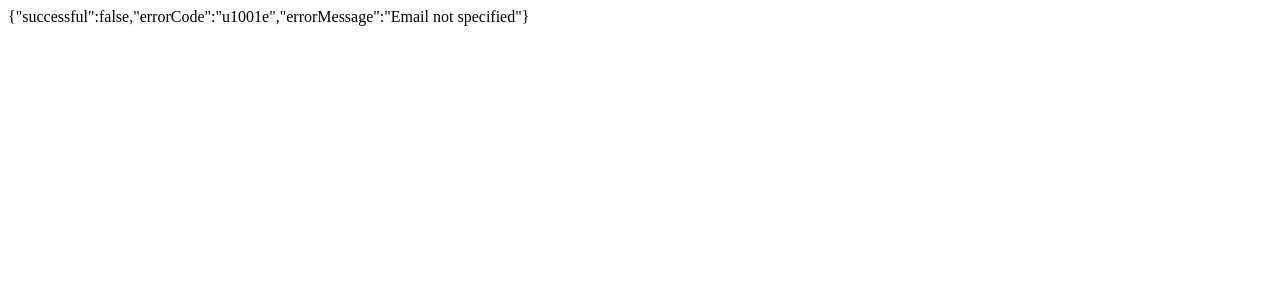
Repository: mihaisitaru/bazar
Page: http://localhost/php/work3/api/user/newsletterRegister.php
The author's editor kept a record of every edit. The page is drawn from the files as they stood at one moment, then again after the next edit.
The browser window is 1280 px wide. The pictures show the whole page.
The page is run by PHP 8.4 with error messages shown; the project is at /var/www/html/.

Above is the page before.

### php/work3/api/user/newsletterRegister.php
<html>
    <head>
        <title>Registered</title>
    </head>
    <body>
    </body>
</html>

<?php

require_once(__DIR__.'/../../config/general.php');
require_once(__DIR__.'/../../'._LIB_FOLDER.'/userLib.php');
require_once(__DIR__.'/../../'._LIB_FOLDER.'/outputHelper.php');


/*returnHeader();*/


if(empty($_POST['email'])) {
    return throwJSONError(_ERROR_EMAIL_NOT_SPECIFIED_CODE, _ERROR_EMAIL_NOT_SPECIFIED_MSG);
}

$userCode = $row['id'];

if(newsletterRegister($_POST['email'] === true)) {
    echoJSONOutput($_SESSION['email']);
}
else {
    throwJSONError(_ERROR_EMAIL_NOT_CORRECT_CODE, _ERROR_EMAIL_NOT_CORRECT_MSG);
}

### php/work3/config/general.php
<?php
session_start();
require_once(__DIR__.'/constants.php');
?>

<?php
require_once(__DIR__.'/../'._LIB_FOLDER.'/databaseHelper.php');
databaseConnect();

### php/work3/config/constants.php
<?php
/*
*                                         $$\                          $$\                             $$\
*                                          $$ |                         $$ |                            $$ |
* $$$$$$$\  $$$$$$\  $$$$$$$\   $$$$$$$\ $$$$$$\    $$$$$$\  $$$$$$$\ $$$$$$\    $$$$$$$\      $$$$$$\  $$$$$$$\   $$$$$$\
*$$  _____|$$  __$$\ $$  __$$\ $$  _____|\_$$  _|   \____$$\ $$  __$$\\_$$  _|  $$  _____|    $$  __$$\ $$  __$$\ $$  __$$\
*$$ /      $$ /  $$ |$$ |  $$ |\$$$$$$\    $$ |     $$$$$$$ |$$ |  $$ | $$ |    \$$$$$$\      $$ /  $$ |$$ |  $$ |$$ /  $$ |
*$$ |      $$ |  $$ |$$ |  $$ | \____$$\   $$ |$$\ $$  __$$ |$$ |  $$ | $$ |$$\  \____$$\     $$ |  $$ |$$ |  $$ |$$ |  $$ |
*\$$$$$$$\ \$$$$$$  |$$ |  $$ |$$$$$$$  |  \$$$$  |\$$$$$$$ |$$ |  $$ | \$$$$  |$$$$$$$  |$$\ $$$$$$$  |$$ |  $$ |$$$$$$$  |
* \_______| \______/ \__|  \__|\_______/    \____/  \_______|\__|  \__|  \____/ \_______/ \__|$$  ____/ \__|  \__|$$  ____/
*                                                                                            $$ |                $$ |
*                                                                                             $$ |                $$ |
*                                                                                             \__|                \__|
*/
 //constants for navigating folders
 define("_LIB_FOLDER", "lib");
 define("_API_FOLDER", "api");
 //db details
 define("_DB_HOST", "127.0.0.1");
 define("_DB_USER", "mihaisitaru");
 define("_DB_PASSWORD", "");
 define("_DB_NAME", "bazar_shop_online");
 define("_DB_PORT", "3306");
 //constants for errors
 /**************************************************************************************************************************/
 #connection
 define("_ERROR_DB_CONNECTION_CODE", "db1000");
 define("_ERROR_DB_CONNECTION_MSG", "Can't connect to the specified Database with the specified IP.");
 #user
 define("_ERROR_EMAIL_OR_PASSWORD_NOT_SPECIFIED_CODE", "u1001");
 define("_ERROR_EMAIL_OR_PASSWORD_NOT_SPECIFIED_MSG", "Email or password not specified");
 define("_ERROR_EMAIL_NOT_SPECIFIED_CODE", "u1001e");
 define("_ERROR_EMAIL_NOT_SPECIFIED_MSG", "Email not specified");
 define("_ERROR_EMAIL_OR_PASSWORD_NOT_CORRECT_CODE", "u1002");
 define("_ERROR_EMAIL_OR_PASSWORD_NOT_CORRECT_MSG", "Email or password is not correct");
 define("_ERROR_EMAIL_NOT_CORRECT_CODE", "u1002e");
 define("_ERROR_EMAIL_NOT_CORRECT_MSG", "Email is not correct");
 define("_ERROR_USER_NOT_LOGGED_IN_CODE", "u1003");
 define("_ERROR_USER_NOT_LOGGED_IN_MSG", "You are not logged in. Please authenticate first in order to get access to this functionality.");
 define("_ERROR_REQUIRED_STAR_FIELD_CODE", "u1004");
 define("_ERROR_REQUIRED_STAR_FIELD_MSG", "*");
 define("_ERROR_REQUIRED_FIELD_CODE", "u1005");
 define("_ERROR_REQUIRED_FIELD_MSG", "*required field");
 define("_ERROR_USER_MUST_LOGIN_FIRST_CODE", "u1006");
 define("_ERROR_USER_MUST_LOGIN_FIRST_MSG", "You are not logged in. Please login first in order to be able to logout.");
 define("_ERROR_USER_NOT_RECOGNIZED_CODE", "u1007");
 define("_ERROR_USER_NOT_RECOGNIZED_MSG", "There is no account with this email. Do you want to create one?");
 define("_ERROR_DETAILS_NOT_SPECIFIED_CODE", "u1008");
 define("_ERROR_DETAILS_NOT_SPECIFIED_MSG", "All fields are required. Please add values to them.");
 define("_ERROR_EMAIL_ALREADY_EXISTS_CODE", "u1009");
 define("_ERROR_EMAIL_ALREADY_EXISTS_MSG", "An account with this email address already exists. Please choose another one.");
 define("_ERROR_PASSWORDS_DO_NOT_MATCH_CODE", "u1010");
 define("_ERROR_PASSWORDS_DO_NOT_MATCH_MSG", "Inserted passwords do not match. Please try again.");
 define("_ERROR_DETAILS_NOT_UPDATED_CODE", "u1011");
 define("_ERROR_DETAILS_NOT_UPDATED_MSG", "We could't update your info. Please try again.");
 define("_ERROR_ACCOUNT_NOT_CREATED_CODE", "u1012");
 define("_ERROR_ACCOUNT_NOT_CREATED_MSG", "Account not created. Please try again.");
 #category
 define("_ERROR_CATEGORY_NAME_OR_STATUS_NOT_SPECIFIED_CODE", "ca1000");
 define("_ERROR_CATEGORY_NAME_OR_STATUS_NOT_SPECIFIED_MSG", "Category name or status not specified.");
 define("_ERROR_CATEGORY_NOT_CREATED_CODE", "ca1001");
 define("_ERROR_CATEGORY_NOT_CREATED_MSG", "Category not created.");
 define("_ERROR_CATEGORY_NOT_FOUND_CODE", "ca1002");
 define("_ERROR_CATEGORY_NOT_FOUND_MSG", "Category not found.");
 define("_ERROR_CATEGORY_NOT_DELETED_CODE", "ca1003");
 define("_ERROR_CATEGORY_NOT_DELETED_MSG", "Category not deleted.");
 define("_ERROR_CATEGORY_NOT_UPDATED_CODE", "ca1004");
 define("_ERROR_CATEGORY_NOT_UPDATED_MSG", "Category not updated.");
 define("_ERROR_NO_CATEGORY_WAS_FOUND_CODE", "ca1005");
 define("_ERROR_NO_CATEGORY_WAS_FOUND_MSG", "No category was found.");
 define("_ERROR_CATEGORY_ID_NAME_OR_STATUS_NOT_SPECIFIED_CODE", "ca1006");
 define("_ERROR_CATEGORY_ID_NAME_OR_STATUS_NOT_SPECIFIED_MSG", "Category id, name or status not specified.");
 define("_ERROR_CATEGORY_NOT_SPECIFIED_CODE", "ca1007");
 define("_ERROR_CATEGORY_NOT_SPECIFIED_MSG", "Category not specified.");
 #product
 define("_ERROR_PRODUCT_DETAILS_NOT_SPECIFIED_CODE", "p1000");
 define("_ERROR_PRODUCT_DETAILS_NOT_SPECIFIED_MSG", "Product details not specified.");
 define("_ERROR_PRODUCT_NOT_CREATED_CODE", "p1001");
 define("_ERROR_PRODUCT_NOT_CREATED_MSG", "Product not added.");
 define("_ERROR_PRODUCT_NOT_FOUND_CODE", "p1002");
 define("_ERROR_PRODUCT_NOT_FOUND_MSG", "Product not found.");
 define("_ERROR_NO_PRODUCT_WAS_FOUND_CODE", "p1003");
 define("_ERROR_NO_PRODUCT_WAS_FOUND_MSG", "No product was found.");
 define("_ERROR_PRODUCT_NOT_DELETED_CODE", "p1004");
 define("_ERROR_PRODUCT_NOT_DELETED_MSG", "Product not deleted.");
 define("_ERROR_PRODUCT_NOT_UPDATED_CODE", "p1005");
 define("_ERROR_PRODUCT_NOT_UPDATED_MSG", "Product not updated.");
 define("_ERROR_IMAGE_NOT_SELECTED_CODE", "p1006");
 define("_ERROR_IMAGE_NOT_SELECTED_MSG", "Image not selected.");
 define("_ERROR_IMAGE_NOT_UPLOADED_CODE", "p1007");
 define("_ERROR_IMAGE_NOT_UPLOADED_MSG", "Image not uploaded.");
 define("_ERROR_IMAGE_NOT_SPECIFIED_CODE", "p1008");
 define("_ERROR_IMAGE_NOT_SPECIFIED_MSG", "Image not specified.");
 define("_ERROR_IMAGE_NOT_DELETED_CODE", "p1009");
 define("_ERROR_IMAGE_NOT_DELETED_MSG", "Image not deleted.");
 define("_ERROR_PRODUCTS_NOT_DEFINED_CODE", "p1010");
 define("_ERROR_PRODUCTS_NOT_DEFINED_MSG", "Products not defined.");
 define("_ERROR_NO_PRODUCT_IN_SPECIFIED_CATEGORY_FOUND_CODE", "p1011");
 define("_ERROR_NO_PRODUCT_IN_SPECIFIED_CATEGORY_FOUND_MSG", "No product in specified category found.");
 define("_ERROR_PRODUCT_OR_CATEGORY_NOT_FOUND_CODE", "p1012");
 define("_ERROR_PRODUCT_OR_CATEGORY_NOT_FOUND_MSG", "Product or category not found.");
 define("_ERROR_PRODUCT_IMAGE_NOT_FOUND_CODE", "p1013");
 define("_ERROR_PRODUCT_IMAGE_NOT_FOUND_MSG", "Product image not found.");
 define("_ERROR_NO_IMAGE_FOUND_CODE", "p1014");
 define("_ERROR_NO_IMAGE_FOUND_MSG", "No image found.");
 define("_ERROR_NO_HOTDEAL_WAS_FOUND_CODE", "p1015");
 define("_ERROR_NO_HOTDEAL_WAS_FOUND_MSG", "No product was found.");
 define("_ERROR_NO_DATA_WAS_FOUND_CODE", "p1016");
 define("_ERROR_NO_DATA_WAS_FOUND_MSG", "No data was found.");
 define("_ERROR_NO_CUSTOMER_SUPPORT_WAS_FOUND_CODE", "p1017");
 define("_ERROR_NO_CUSTOMER_SUPPORT_WAS_FOUND_MSG", "No customer support data was found.");
 #order
 define("_ERROR_ORDER_NOT_SPECIFIED_CODE", "o1000");
 define("_ERROR_ORDER_NOT_SPECIFIED_MSG", "Order not specified.");
 define("_ERROR_ORDER_NOT_FOUND_CODE", "o1001");
 define("_ERROR_ORDER_NOT_FOUND_MSG", "Order not found.");
 define("_ERROR_CART_IS_EMPTY_CODE", "o1002");
 define("_ERROR_CART_IS_EMPTY_MSG", "Cart is empty.");
 define("_ERROR_ORDER_NOT_PROCESSED_CODE", "o1003");
 define("_ERROR_ORDER_NOT_PROCESSED_MSG", "Order not processed.");
 define("_ERROR_CART_NOT_EMPTIED_OUT_CODE", "o1004");
 define("_ERROR_CART_NOT_EMPTIED_OUT_MSG", "Cart not emptied out.");
 #currency
 define("_ERROR_CURRENCY_NAME_CODE_OR_STATUS_NOT_SPECIFIED_CODE", "cu1000");
 define("_ERROR_CURRENCY_NAME_CODE_OR_STATUS_NOT_SPECIFIED_MSG", "Currency name, code or status not specified.");
 define("_ERROR_CURRENCY_NOT_CREATED_CODE", "cu1001");
 define("_ERROR_CURRENCY_NOT_CREATED_MSG", "Currency not created.");
 define("_ERROR_CURRENCY_NOT_FOUND_CODE", "cu1002");
 define("_ERROR_CURRENCY_NOT_FOUND_MSG", "Currency not found.");
 define("_ERROR_CURRENCY_NOT_DELETED_CODE", "cu1003");
 define("_ERROR_CURRENCY_NOT_DELETED_MSG", "Currency not deleted.");
 define("_ERROR_CURRENCY_NOT_UPDATED_CODE", "cu1004");
 define("_ERROR_CURRENCY_NOT_UPDATED_MSG", "Currency not updated.");
 define("_ERROR_NO_CURRENCY_WAS_FOUND_CODE", "cu1005");
 define("_ERROR_NO_CURRENCY_WAS_FOUND_MSG", "No currency was found.");
 define("_ERROR_CURRENCY_CODE_OR_STATUS_NOT_SPECIFIED_CODE", "cu1006");
 define("_ERROR_CURRENCY_CODE_OR_STATUS_NOT_SPECIFIED_MSG", "Currency code or status not specified.");
 define("_ERROR_CURRENCY_CODE_NAME_OR_STATUS_NOT_SPECIFIED_CODE", "cu1007");
 define("_ERROR_CURRENCY_CODE_NAME_OR_STATUS_NOT_SPECIFIED_MSG", "Currency code, name or status not specified.");

### php/work3/lib/databaseHelper.php
<?php
require_once('outputHelper.php');

function databaseConnect() {
    global $db;
    $db = mysqli_connect(_DB_HOST, _DB_USER, _DB_PASSWORD, _DB_NAME, _DB_PORT);

    if (mysqli_connect_error()) {
        throwJSONError(_ERROR_DB_CONNECTION_CODE, _ERROR_DB_CONNECTION_MSG);
        exit();
    }
    else {
        mysqli_set_charset($db, 'utf8');
    }
}

### php/work3/lib/outputHelper.php
<?php

function returnHeader() {
    header('Content-Type: application/json');
}

function throwJSONError($errorCode, $errorMessage) {
    $result = array(
        "successful" => false,
        "errorCode" => $errorCode,
        "errorMessage" => $errorMessage
    );
    $encodedJSON = json_encode($result);
    http_response_code(400);
    echo $encodedJSON;
    exit();
}

function echoJSONOutput($out = array()) {
    $newOut = array("successful" => true);

    if (is_array($out) AND count($out) > 0) {
        $newOut['details'] = $out;
    }
    http_response_code(200);
    echo json_encode($newOut);
    exit();
}

### php/work3/lib/userLib.php
<?php

require_once(__DIR__.'/../config/general.php');

function loginUser($email, $password) {
    global $db;

    $stmt = mysqli_stmt_init($db);

    mysqli_stmt_prepare($stmt, 'SELECT userId FROM `users` WHERE email=? AND password=? AND active=1 limit 0,1');

    /* bind parameters for markers */
    mysqli_stmt_bind_param($stmt, "ss", strtolower($email), sha1($password));

    /* execute query */
    mysqli_stmt_execute($stmt);

    $result = mysqli_stmt_get_result($stmt);

    if($row = mysqli_fetch_assoc($result)) {

        $userDetails = returnUserDetails($row['userId']);

        if($userDetails !== false) {
            $_SESSION['user'] = $userDetails;
            return true;
        }
    }
    return false;
}

function newsletterRegister($email) {
	global $db;

    $stmt = mysqli_stmt_init($db);

    $register = 'INSERT INTO `newsletterEmails` (`email`) VALUES (?)';

    mysqli_stmt_prepare($stmt, $email);

    mysqli_stmt_bind_param($stmt, "s", strtolower($email));

    if(mysqli_stmt_execute($stmt)) {
        return true;
    }
    else return false;
}

function checkIfUserIsLoggedIn() {
    if(isset($_SESSION['user']) AND !is_null($_SESSION['user'])) {
        return true;
    }
    else {
        return false;
    }
}


function returnUserDetails($userId) {
    global $db;

    $stmt = mysqli_stmt_init($db);

    mysqli_stmt_prepare($stmt, 'SELECT * FROM `users` WHERE userId=? limit 0,1');

    /* bind parameters for markers */
    mysqli_stmt_bind_param($stmt, "i", $userId);

    /* execute query */
    mysqli_stmt_execute($stmt);

    $result = mysqli_stmt_get_result($stmt);

    if($row = mysqli_fetch_assoc($result)) {
        return $row;
    }
    return false;
}

function logoutUser() {
    if(checkIfUserIsLoggedIn() === true) {
        unset($_SESSION['user']);
        return true;
    }
    else {
        return false;
    }
}

function addUser($email, $password, $fullName, $address, $active) {
	global $db;

    $stmt = mysqli_stmt_init($db);

    $newUser = "INSERT into `users` (email, password, fullName, address, active) VALUES (?, ?, ?, ?, ?)";

    mysqli_stmt_prepare($stmt, $newUser);

    /* bind parameters for markers */
    mysqli_stmt_bind_param($stmt, "ssssi", strtolower($email), sha1($password), ucwords($fullName), $address, $active);

    /* execute query */
    if(mysqli_stmt_execute($stmt)) {
        return true;
        }
    else return false;
}

function updateUser($userId, $email, $password, $fullName, $address, $active) {
	global $db;

    $stmt = mysqli_stmt_init($db);

    $updateUser = "UPDATE `users` SET email = ?, password = ?, fullName = ?, address = ?, active = ? WHERE userId=?";

    mysqli_stmt_prepare($stmt, $updateUser);

    /* bind parameters for markers */
    mysqli_stmt_bind_param($stmt, "ssssii", strtolower($email), sha1($password), ucwords($fullName), $address, $active, $userId);

    /* execute query */
    if(mysqli_stmt_execute($stmt)) {
        return true;
        }
    else return false;
}

function deleteUser($userId) {
	global $db;

    $stmt = mysqli_stmt_init($db);

    $query = "DELETE FROM `users` WHERE userId=?";

    mysqli_stmt_prepare($stmt, $query);

    /* bind parameters for markers */
    mysqli_stmt_bind_param($stmt, "i", $userId);

    /* execute query */
    if(mysqli_stmt_execute($stmt)) {
        return true;
        }
    else return false;
}

function checkEmailExist($email, $userId=0) {
    global $db;

    $stmt = mysqli_stmt_init($db);

    mysqli_stmt_prepare($stmt, 'SELECT userId FROM `users` WHERE email=? AND userId <> ? limit 0,1');

    /* bind parameters for markers */
    mysqli_stmt_bind_param($stmt, "si", strtolower($email), $userId);

    /* execute query */
    mysqli_stmt_execute($stmt);

    $result = mysqli_stmt_get_result($stmt);

    if($row = mysqli_fetch_assoc($result)) {

        return true;
    }
    return false;
}

After the next edit:
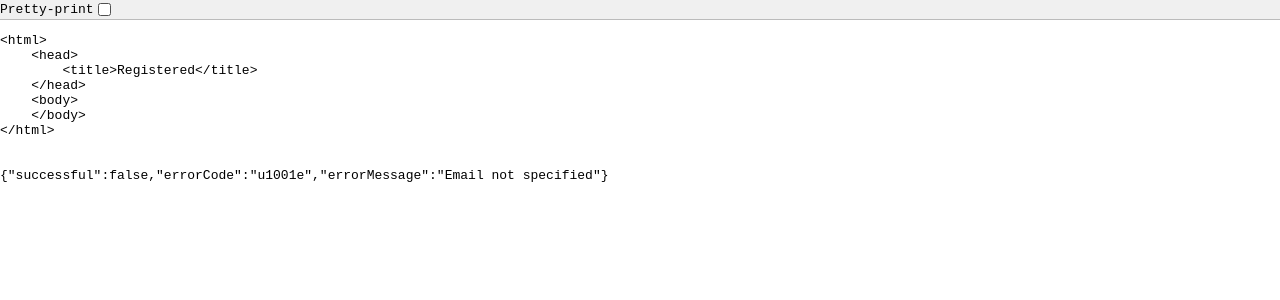
The edit:
--- a/php/work3/api/user/newsletterRegister.php
+++ b/php/work3/api/user/newsletterRegister.php
@@ -12,9 +12,7 @@
 require_once(__DIR__.'/../../'._LIB_FOLDER.'/userLib.php');
 require_once(__DIR__.'/../../'._LIB_FOLDER.'/outputHelper.php');
 
-
-/*returnHeader();*/
-
+returnHeader();
 
 if(empty($_POST['email'])) {
     return throwJSONError(_ERROR_EMAIL_NOT_SPECIFIED_CODE, _ERROR_EMAIL_NOT_SPECIFIED_MSG);
